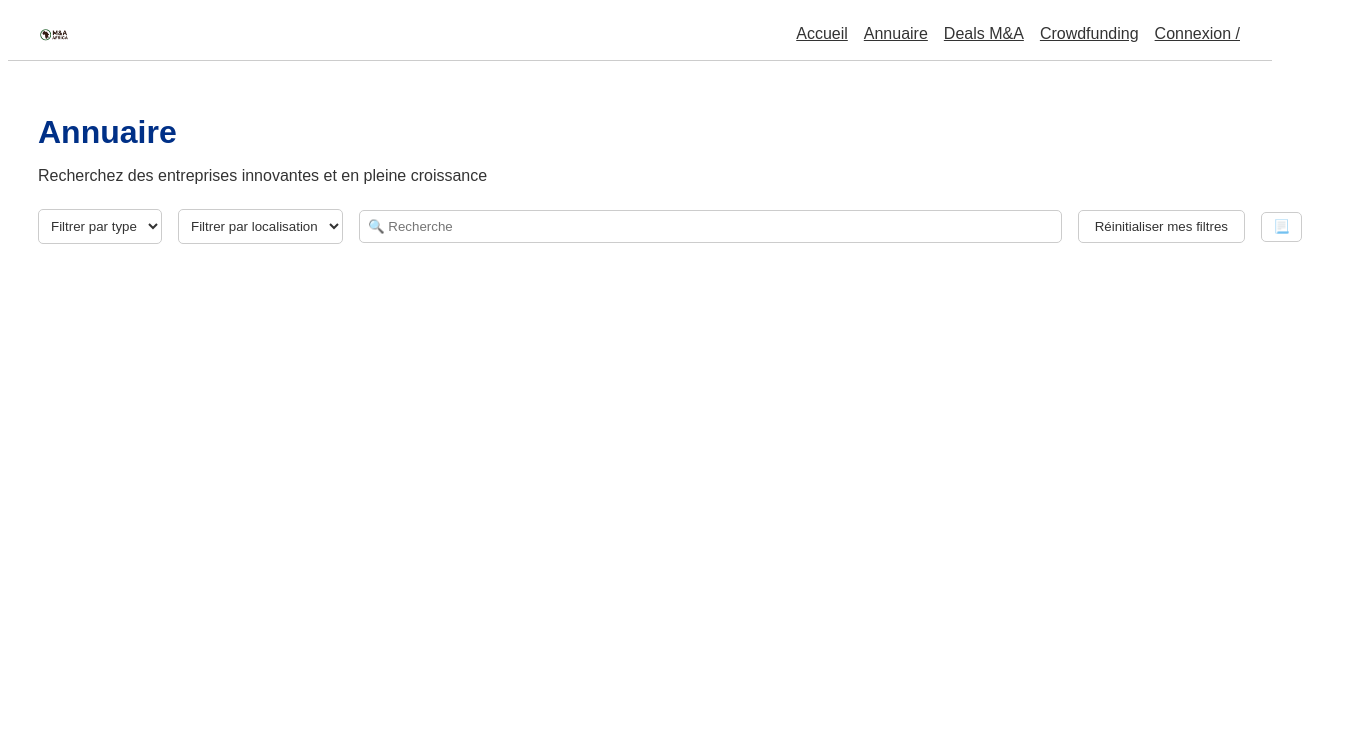
Repository: MFredy25/africa-fusion
Page: /annuaire
The author's editor kept a copy of each file at every save. The page is drawn from the files as they stood at one save, then again after the next save.
The browser window is 1280 px wide. The page is 1332 px wide, then 1372 px, so the pictures cover 1372 px, including what lies to the right of the window. The pictures show the whole page.
The page's requests for data from a server got no answer. The project was rebuilt for these pictures with package versions that can differ from the ones it lists, and the page was loaded fresh each time. The framework's server and built-in components were replaced by stand-ins that run in the browser. No one was signed in, and anything a server would have sent is missing. Also part of the build but not shown: next.config.js, next.config.ts.

Above is the page before, as saved 2025-06-15 12:02:08.

After the next save:
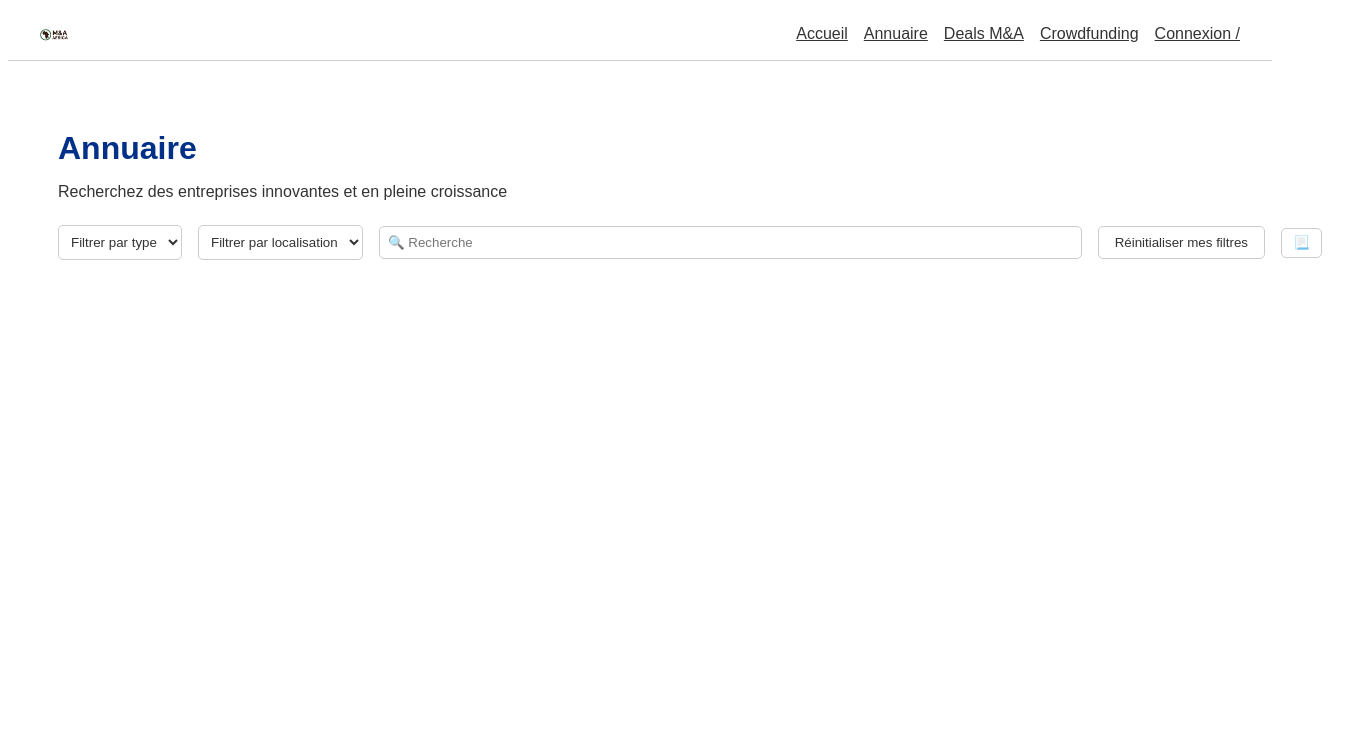
Saved 11 s later.
--- a/src/app/annuaire/page.tsx
+++ b/src/app/annuaire/page.tsx
@@ -173,7 +173,7 @@ export default function Annuaire() {
 <main
   style={{
     flex: '1 0 auto',
-    padding: '2rem 30px', // ← 30 px à gauche et à droite
+    padding: '3rem 50px', // ← 30 px à gauche et à droite
     width: '100%',
   }}
 >
